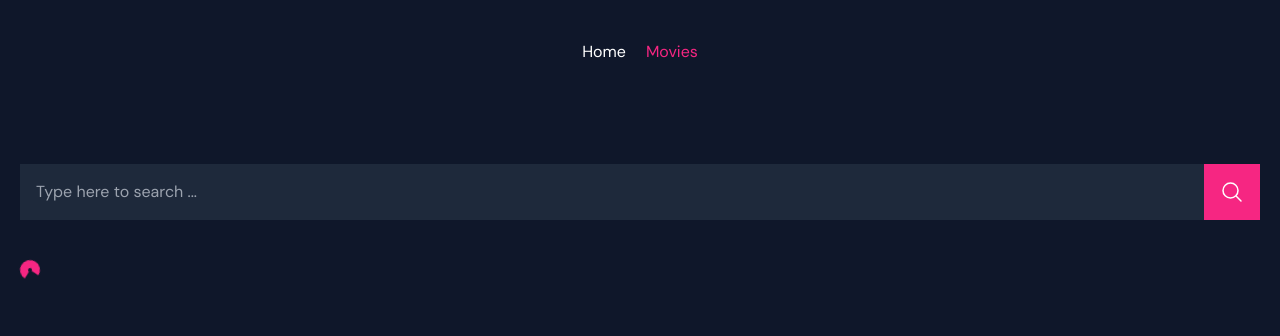
Repository: thanhdinh01/simple-movie
Page: /movies
The author's editor kept a copy of each file at every save. The page is drawn from the files as they stood at one save, then again after the next save.
The browser window is 1280 px wide. The pictures show the whole page.
The page's requests for data from a server got no answer. The project was rebuilt for these pictures with package versions that can differ from the ones it lists, and the page was loaded fresh each time. No one was signed in, and anything a server would have sent is missing. Also part of the build but not shown: src/components/banner/Banner.js, src/components/movie/MovieCard.js, src/components/movie/MovieList.js, src/pages/HomePage.js, src/pages/MovieDetailPage.js.

Above is the page before, as saved 2023-03-01 11:09:28.

### public/index.html
<!DOCTYPE html>
<html lang="en">
  <head>
    <meta charset="utf-8" />
    <link rel="icon" href="%PUBLIC_URL%/favicon.ico" />
    <meta name="viewport" content="width=device-width, initial-scale=1" />
    <meta name="theme-color" content="#000000" />
    <meta
      name="description"
      content="Web site created using create-react-app"
    />
    <link rel="apple-touch-icon" href="%PUBLIC_URL%/logo192.png" />
    <!--
      manifest.json provides metadata used when your web app is installed on a
      user's mobile device or desktop. See https://developers.google.com/web/fundamentals/web-app-manifest/
    -->
    <link rel="manifest" href="%PUBLIC_URL%/manifest.json" />
    <link rel="preconnect" href="https://fonts.googleapis.com" />
    <link rel="preconnect" href="https://fonts.gstatic.com" crossorigin />
    <link
      href="https://fonts.googleapis.com/css2?family=DM+Sans:wght@400;500;700&display=swap"
      rel="stylesheet"
    />
    <!--
      Notice the use of %PUBLIC_URL% in the tags above.
      It will be replaced with the URL of the `public` folder during the build.
      Only files inside the `public` folder can be referenced from the HTML.

      Unlike "/favicon.ico" or "favicon.ico", "%PUBLIC_URL%/favicon.ico" will
      work correctly both with client-side routing and a non-root public URL.
      Learn how to configure a non-root public URL by running `npm run build`.
    -->
    <title>React App</title>
  </head>
  <body>
    <noscript>You need to enable JavaScript to run this app.</noscript>
    <div id="root"></div>
    <!--
      This HTML file is a template.
      If you open it directly in the browser, you will see an empty page.

      You can add webfonts, meta tags, or analytics to this file.
      The build step will place the bundled scripts into the <body> tag.

      To begin the development, run `npm start` or `yarn start`.
      To create a production bundle, use `npm run build` or `yarn build`.
    -->
  </body>
</html>

### src/index.scss
@tailwind base;
@tailwind components;
@tailwind utilities;

@layer base {
  body {
    @apply bg-slate-900 font-thanh px-5 text-white;
  }
}

@layer components {
  .page-container {
    max-width: 1280px;
    @apply mx-auto;
  }

  .movie-list .swiper-slide {
    width: 300px;
    height: auto;
  }

  .banner .swiper {
    height: 100%;
  }
}

### src/App.js
import { Fragment, React } from "react";
import "swiper/scss";
import Banner from "./components/banner/Banner";
import { Route, Routes } from "react-router-dom";
import Main from "./components/layout/Main";
import HomePage from "./pages/HomePage";
import MoviePage from "./pages/MoviePage";
import MovieDetailPage from "./pages/MovieDetailPage";

function App() {
  return (
    <Fragment>
      <Routes>
        <Route element={<Main></Main>}>
          <Route
            path="/"
            element={
              <>
                <Banner></Banner>
                <HomePage></HomePage>
              </>
            }
          ></Route>
          <Route path="/movies" element={<MoviePage></MoviePage>}></Route>
          <Route
            path="/movie/:movieId"
            element={<MovieDetailPage></MovieDetailPage>}
          ></Route>
        </Route>
      </Routes>
    </Fragment>
  );
}

export default App;

### src/components/layout/Main.js
import React, { Fragment } from "react";
import { Outlet } from "react-router";
import Header from "./Header";

const Main = () => {
  return (
    <Fragment>
      <Header></Header>
      <Outlet></Outlet>
    </Fragment>
  );
};

export default Main;

### src/pages/MoviePage.js
import React, { useEffect, useState } from "react";
import { fetcher } from "../config";
import useSWR from "swr";
import MovieCard from "../components/movie/MovieCard";
import useDebounce from "../hooks/useDebounce";

const MoviePage = () => {
  // const [movies, setMovies] = useState([]);
  const [filter, setFilter] = useState("");
  const [url, setUrl] = useState(
    "https://api.themoviedb.org/3/movie/popular?api_key=3ebac7519711ebbec5fcfb8abd2d5d99"
  );
  let debounceValue = useDebounce(filter, 500);

  const { data, error } = useSWR(url, fetcher);

  useEffect(() => {
    if (debounceValue) {
      setUrl(
        `https://api.themoviedb.org/3/search/movie?api_key=3ebac7519711ebbec5fcfb8abd2d5d99&query=${debounceValue}`
      );
    } else {
      setUrl(
        "https://api.themoviedb.org/3/movie/popular?api_key=3ebac7519711ebbec5fcfb8abd2d5d99"
      );
    }
  }, [debounceValue]);

  // useEffect(() => {
  //   if (data) setMovies(data?.results);
  // }, [data]);

  const handleChangeSearch = (e) => {
    console.log("value:", e.target.value);
    setFilter(e.target.value);
    console.log("debounceValue:", debounceValue);
  };

  const loading = !data && !error;

  const movies = data?.results || [];

  return (
    <div className="page-container py-10">
      <div className="flex mb-10">
        <div className="flex-1">
          <input
            type="text"
            placeholder="Type here to search ..."
            className="w-full outline-none bg-slate-800 p-4 text-white"
            onChange={handleChangeSearch}
          />
        </div>
        <button className="p-4 bg-primary text-white">
          <svg
            xmlns="http://www.w3.org/2000/svg"
            fill="none"
            viewBox="0 0 24 24"
            strokeWidth="1.5"
            stroke="currentColor"
            className="w-6 h-6"
          >
            <path
              strokeLinecap="round"
              strokeLinejoin="round"
              d="M21 21l-5.197-5.197m0 0A7.5 7.5 0 105.196 5.196a7.5 7.5 0 0010.607 10.607z"
            />
          </svg>
        </button>
      </div>
      {!loading && (
        <div className="flex justify-center items-center h-5 w-5 rounded-full border-8 border-primary border-t-transparent animate-spin"></div>
      )}
      <div className="grid grid-cols-4 gap-10 text-white">
        {movies?.length > 0 &&
          movies.map((item) => (
            <MovieCard key={item.id} item={item}></MovieCard>
          ))}
      </div>
    </div>
  );
};

export default MoviePage;

### src/config.js
export const fetcher = (...args) => fetch(...args).then((res) => res.json());

export const apiKey = "3ebac7519711ebbec5fcfb8abd2d5d99";

### src/components/layout/Header.js
import React from "react";
import { NavLink } from "react-router-dom";

const Header = () => {
  return (
    <header className="header flex items-center justify-center gap-x-5 py-10 mb-5 text-white">
      <NavLink
        to="/"
        className={({ isActive }) => (isActive ? "text-primary" : "text-white")}
      >
        Home
      </NavLink>
      <NavLink
        to="/movies"
        className={({ isActive }) => (isActive ? "text-primary" : "text-white")}
      >
        Movies
      </NavLink>
    </header>
  );
};

export default Header;

### src/hooks/useDebounce.js
import { useEffect, useState } from "react";

export default function useDebounce(value = "", delay = 1000) {
  const [debouncedValue, setDebouncedValue] = useState(value);

  useEffect(() => {
    const timer = setTimeout(() => setDebouncedValue(value), delay || 500);

    return () => {
      clearTimeout(timer);
    };
  }, [value, delay]);

  return debouncedValue;
}

### tailwind.config.js
/** @type {import('tailwindcss').Config} */
module.exports = {
  content: ["./src/**/*.{js,jsx,ts,tsx}"],
  theme: {
    extend: {
      fontFamily: {
        thanh: ["DM sans", "sans-serif"],
      },
      colors: {
        primary: "#F62682",
        second: "#5f27cd",
      },
    },
  },
  plugins: [],
};

Loaded but not shown: src/index.js (common file); src/reportWebVitals.js (common file)

After the next save:
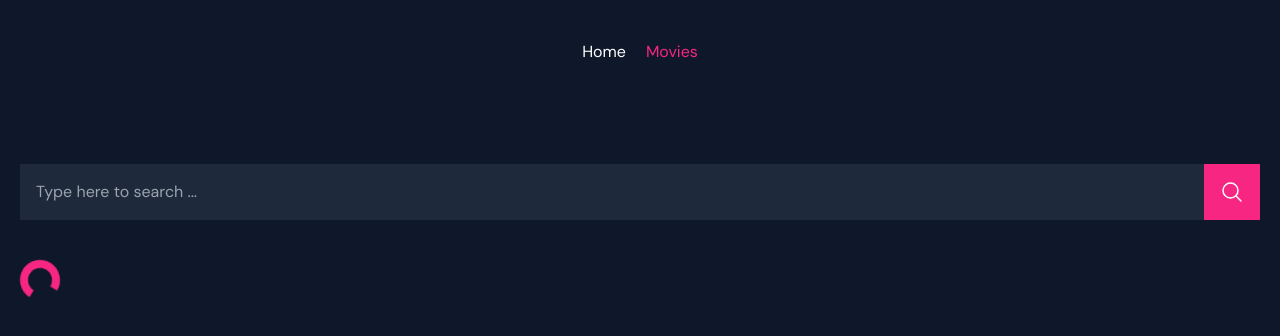
Saved 14 s later.
--- a/src/pages/MoviePage.js
+++ b/src/pages/MoviePage.js
@@ -69,7 +69,7 @@ const MoviePage = () => {
         </button>
       </div>
       {!loading && (
-        <div className="flex justify-center items-center h-5 w-5 rounded-full border-8 border-primary border-t-transparent animate-spin"></div>
+        <div className="flex justify-center items-center h-10 w-10 rounded-full border-8 border-primary border-t-transparent animate-spin"></div>
       )}
       <div className="grid grid-cols-4 gap-10 text-white">
         {movies?.length > 0 &&
